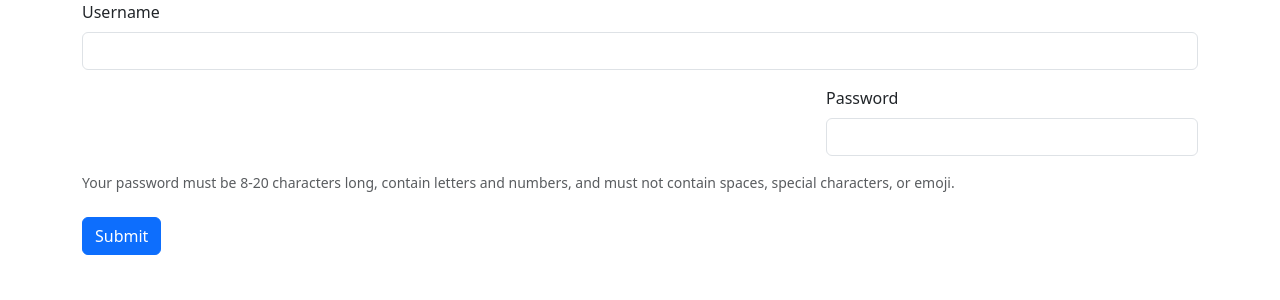
Repository: sarathraj2002/todo-list
Page: login.html
An editor plug-in stored every save of this project. The page is shown before and after the next save, followed by the edit.
The browser window is 1280 px wide. The pictures show the whole page.

Above is the page before, as saved 2024-09-05 10:53:45.

### login.html
<!DOCTYPE html>
<html lang="en">
<head>
    <meta charset="UTF-8">
    <meta name="viewport" content="width=device-width, initial-scale=1.0">
    <title>login</title>
    <link rel="stylesheet" href="bootstrap.min.css">
    <link rel="stylesheet" href="style.css">
</head>
<body>
    <div class="container">
    <form>
        <div class="mb-3">
          <label for="exampleInputUsername1" class="form-label">Username</label>
          <input type="test" class="form-control" id="username" >

        </div>
        <div class="col col-sm-12  col-lg-4 ms-auto mb-3">
          <label for="exampleInputPassword1" class="form-label">Password</label>
          <input type="password" class="form-control" id="password">
        </div>
        <div id="passwordHelpBlock" class="form-text">
            Your password must be 8-20 characters long, contain letters and numbers, and must not contain spaces, special characters, or emoji.
          </div>
          <br>

        <button type="submit" class="btn btn-primary">Submit</button>
      </form>
    </div>
    <script src="script.js"></script>
</body>
</html>

Loaded but not shown: bootstrap.min.css (library); script.js (no stored copy; drawn as an empty file); style.css (no stored copy; drawn as an empty file)

After the next save:
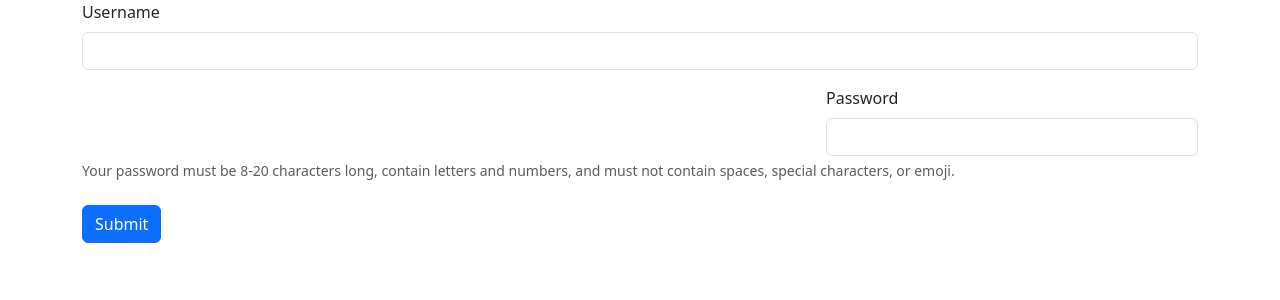
Saved 23 s later.
--- a/login.html
+++ b/login.html
@@ -15,7 +15,7 @@
           <input type="test" class="form-control" id="username" >
 
         </div>
-        <div class="col col-sm-12  col-lg-4 ms-auto mb-3">
+        <div class="col col-sm-12  col-lg-4 ms-auto ">
           <label for="exampleInputPassword1" class="form-label">Password</label>
           <input type="password" class="form-control" id="password">
         </div>
